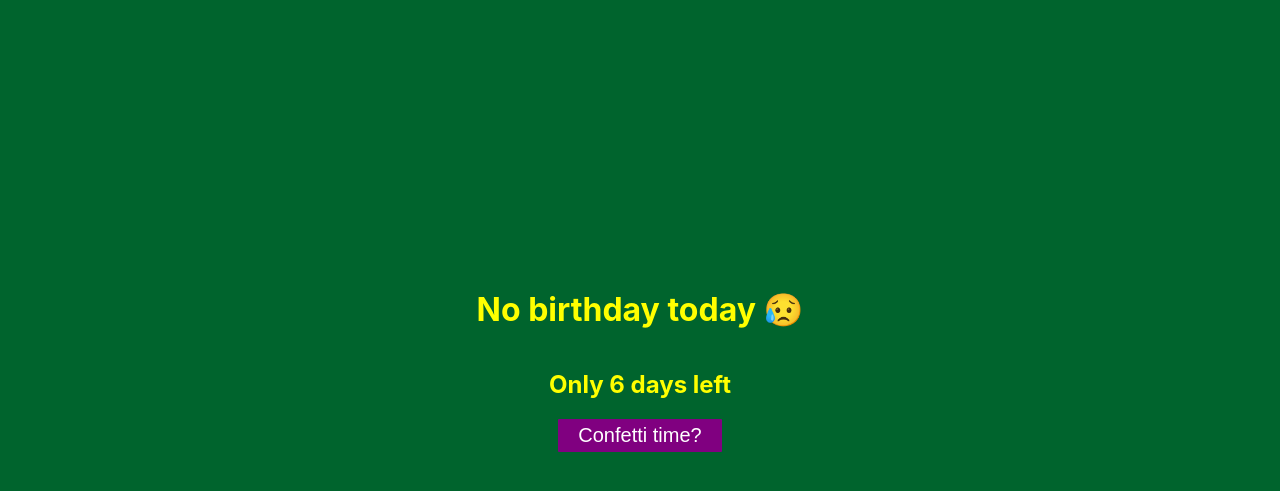
Repository: David-Waite/HannahsBirthdayWebsite
Page: /
These files come from the project's save history. The page is drawn as it stood at one moment and after the next save; the edit follows.
The browser window is 1280 px wide. The pictures show the whole page.
The project was rebuilt for these pictures with package versions that can differ from the ones it lists, and the page was loaded fresh each time.

Above is the page before, as saved 2023-03-30 18:21:28.

After the next save:
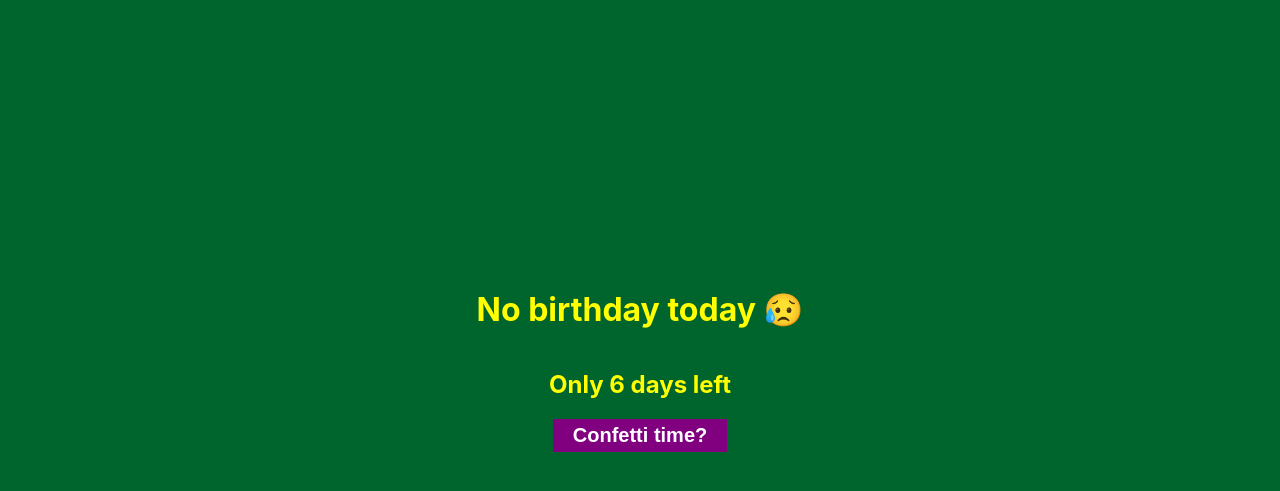
Saved 9 s later.
--- a/src/index.css
+++ b/src/index.css
@@ -23,7 +23,7 @@ button {
   padding: 5px 20px;
   background-color: purple;
   color: white;
-  font-weight: 500;
   font-size: 20px;
   border-radius: 1px;
+  font-weight: bold;
 }
